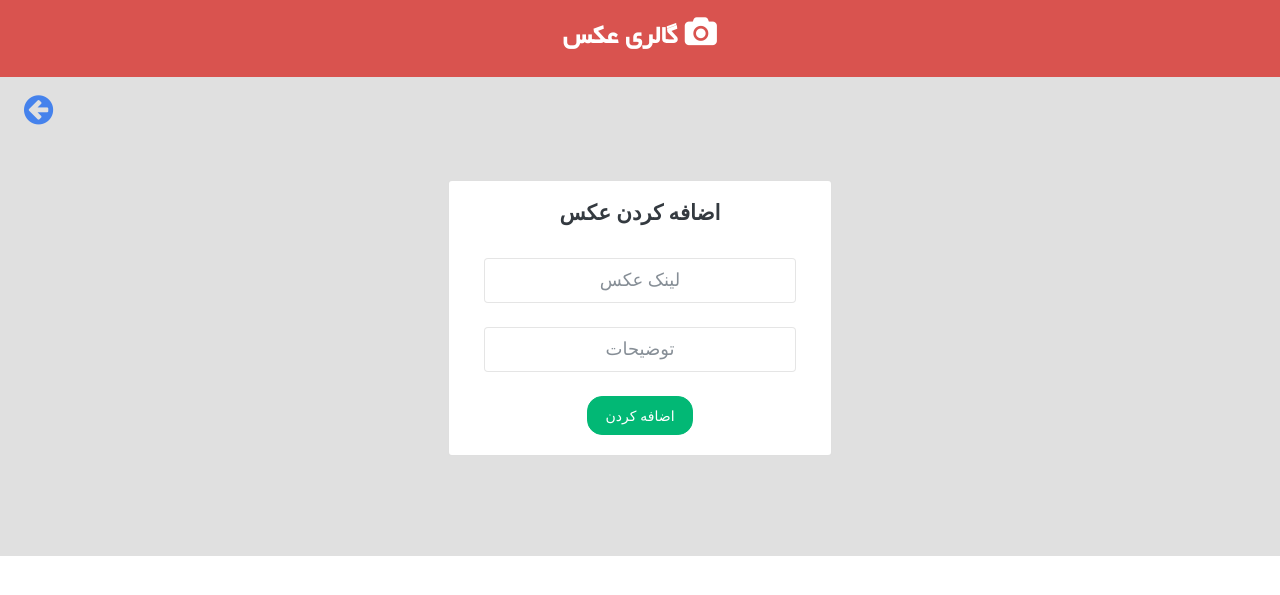
Repository: sadegh1379/PhotoWall-app
Page: /addphoto
These files come from the project's save history. The page is drawn as it stood at one moment and after the next save; the edit follows.
The browser window is 1280 px wide. The pictures show the whole page.
The project was rebuilt for these pictures with package versions that can differ from the ones it lists, and the page was loaded fresh each time. Also part of the build but not shown: src/Component/Photo.js, src/Component/PhotoWall.js.

Above is the page before, as saved 2020-02-22 13:32:42.

### public/index.html
<!DOCTYPE html>
<html lang="en">
  <head>
    <meta charset="utf-8" />
    <link rel="icon" href="%PUBLIC_URL%/favicon.ico" />
    <meta name="viewport" content="width=device-width, initial-scale=1" />
    <meta name="theme-color" content="#000000" />
    <link rel="stylesheet" href="https://stackpath.bootstrapcdn.com/font-awesome/4.7.0/css/font-awesome.min.css">
    <meta
      name="description"
      content="Web site created using create-react-app"
    />
    <link rel="apple-touch-icon" href="%PUBLIC_URL%/logo192.png" />
    <!--
      manifest.json provides metadata used when your web app is installed on a
      user's mobile device or desktop. See https://developers.google.com/web/fundamentals/web-app-manifest/
    -->
    <link rel="manifest" href="%PUBLIC_URL%/manifest.json" />
    <!--
      Notice the use of %PUBLIC_URL% in the tags above.
      It will be replaced with the URL of the `public` folder during the build.
      Only files inside the `public` folder can be referenced from the HTML.

      Unlike "/favicon.ico" or "favicon.ico", "%PUBLIC_URL%/favicon.ico" will
      work correctly both with client-side routing and a non-root public URL.
      Learn how to configure a non-root public URL by running `npm run build`.
    -->
    <title>React App</title>
  </head>
  <body>
    <noscript>You need to enable JavaScript to run this app.</noscript>
    <div id="root"></div>
    <!--
      This HTML file is a template.
      If you open it directly in the browser, you will see an empty page.

      You can add webfonts, meta tags, or analytics to this file.
      The build step will place the bundled scripts into the <body> tag.

      To begin the development, run `npm start` or `yarn start`.
      To create a production bundle, use `npm run build` or `yarn build`.
    -->
  </body>
</html>

### src/App.js
import React , { Component } from 'react';
import { BrowserRouter as Router , Route, Switch } from 'react-router-dom';
import Title from './Component/Title';
import PhotoWall from './Component/PhotoWall';
import './bootswatch.css';
import AddPhoto from './Component/AddPhoto';
import './App.css';

class App extends Component {

  constructor(){

      super()

      this.state = {
        posts : [
          {
            id : "0" ,
            description : "صادق اکبری" ,
            imageLink : "https://dkt6rvnu67rqj.cloudfront.net/cdn/ff/tpWy09V5tfN_Il2UBj8nPU4FZvPDpNBQSecbyXiqbuM/1574345660/public/styles/322x405/public/media/int_files/1008357.jpg?itok=c5qoLzeh"
          },
          {
           id : "1" ,
           description : "علی میرزایی" ,
           imageLink : "https://dkt6rvnu67rqj.cloudfront.net/cdn/ff/tpWy09V5tfN_Il2UBj8nPU4FZvPDpNBQSecbyXiqbuM/1574345660/public/styles/322x405/public/media/int_files/1008357.jpg?itok=c5qoLzeh"
         }
         ,{
           id : "5" ,
           description :" سارا ممبینی" ,
           imageLink :"https://thetyee.ca/Culture/2017/10/31/FawnLawn.jpg"

         },
         {
          id : "6" ,
          description : "صادق اکبری" ,
          imageLink : "https://dkt6rvnu67rqj.cloudfront.net/cdn/ff/tpWy09V5tfN_Il2UBj8nPU4FZvPDpNBQSecbyXiqbuM/1574345660/public/styles/322x405/public/media/int_files/1008357.jpg?itok=c5qoLzeh"
        },
        {
         id : "7" ,
         description : "علی میرزایی" ,
         imageLink : "https://www.iata.org/contentassets/d7c512eb9a704ba2a8056e3186a31921/cargo_live_animals_parrot.jpg?w=330&h=200&mode=crop&scale=both&v=20191213012337"
       }
       ,{
         id : "8" ,
         description :" سارا ممبینی" ,
         imageLink :"https://images.unsplash.com/photo-1497752531616-c3afd9760a11?ixlib=rb-1.2.1&w=1000&q=80"

       }
        ]

    }
  }

// Remove post
 onRemovePost = (removedPost) =>{

      this.setState((state)=>({
          posts : state.posts.filter(post => post !== removedPost)
      }))

  }

  render(){
      return (
        <div className="body">
              <Router>
                  <Title title="گالری عکس"/>
                  <Switch>

                      <Route exact path="/" render={()=>(
                              <div>
                                  <PhotoWall onRemovePost={this.onRemovePost} posts={this.state.posts}/>
                              </div>
                      )}/>

                        <Route exact path="/addphoto" component={AddPhoto}/>
                </Switch>
            </Router>
        </div>
      );
}
}

export default App;

### src/Component/Title.js
import React from 'react';
import PropTypes from 'prop-types';


function Title(props) {
    return (
            <p className=" bg-danger text-white py-3 p-title text-center">{props.title} <span className="fa fa-camera"></span></p>
    )
}

Title.propTypes = {
    title : PropTypes.string.isRequired
}

export default Title;

### src/Component/AddPhoto.js
import React, { Component } from 'react'
import { Link } from 'react-router-dom';

export class AddPhoto extends Component {
    render() {
        return (
            <div>
                <Link to="/">
                     <i className="fa fa-arrow-circle-left fa-2x mx-4 " ></i>
                </Link>


                    <div className="card form-card card-body  container">
                        <h5 className=" text-center">اضافه کردن عکس</h5>
                                <form className="container add-form">
                                    <input type="text" placeholder="لینک عکس" className="form-control my-4 text-center"/>
                                    <input type="text" placeholder="توضیحات" className="form-control text-center" />
                                    <div className="d-flex justify-content-center mt-4">
                                            <button type="submit" className="btn btn-success ">اضافه کردن</button>
                                    </div>

                                </form>
                    </div>
            </div>
        )
    }
}

export default AddPhoto;

### src/App.css
.p-title{
    font-size: 30px;
    color:white ;
    font-weight: bolder;
    font-family: 'Byekan';
}

.body{
    font-family: 'Brekan';
    background-color: #E0E0E0;
    padding-bottom: 100px;
}

 .photo-grid{
    /* max-width: 1000px; */
    margin: 0 auto;
    display: flex;
    flex-wrap: wrap;
    justify-content: center;
}

@font-face{
    font-family: 'Byekan';
    src:url('./Component/fonst/Yekan.ttf');
}

.photo-card{
  margin: 10px 10px;
  box-shadow: 5px 5px 5px 5px #888888;
}

.add-icon{
    text-align: center;
    margin: 20px auto;
    color:white  !important;
    background-color: rgb(62, 112, 75);
    padding: 20px;
    border-radius: 70px;

}

.add-form input{

    font-size: 18px;
    color:black;
}

.form-card{
    width: 30%;
    margin-top: 50px;
}

Loaded but not shown: src/index.js (common file); src/index.css (common file); src/bootswatch.css (library)

After the next save:
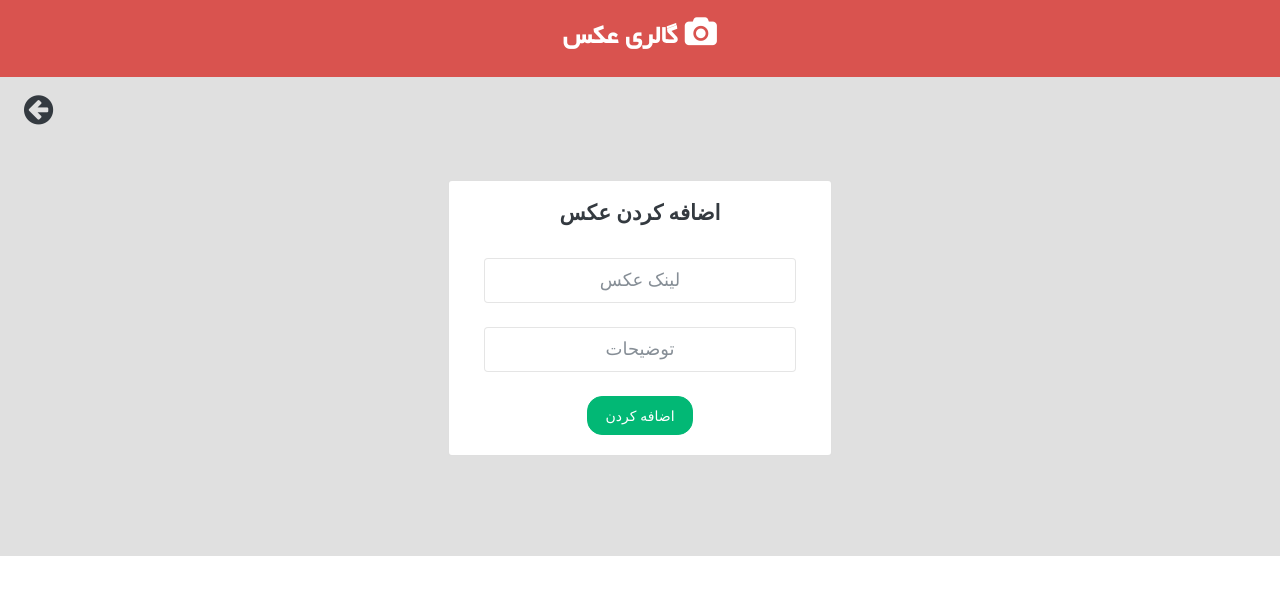
Saved 5 s later.
--- a/src/Component/AddPhoto.js
+++ b/src/Component/AddPhoto.js
@@ -6,7 +6,7 @@ export class AddPhoto extends Component {
         return (
             <div>
                 <Link to="/">
-                     <i className="fa fa-arrow-circle-left fa-2x mx-4 " ></i>
+                     <i className="fa fa-arrow-circle-left fa-2x mx-4 text-dark" ></i>
                 </Link>
 
 
